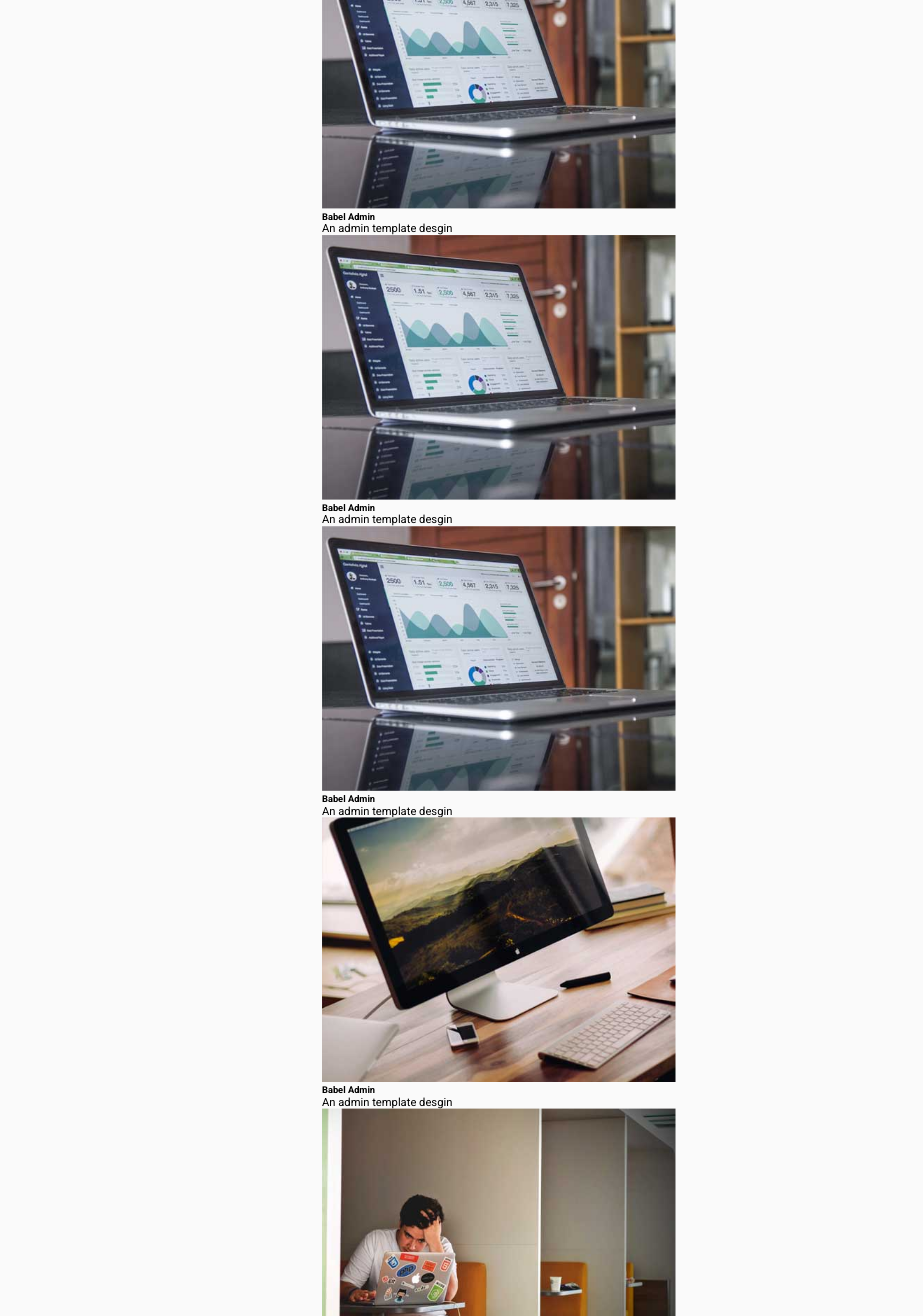
Repository: Lehuyhuynh/mat
Page: index.html
The author's editor kept a copy of each file at every save. The page is drawn from the files as they stood at one save, then again after the next save.
The browser window is 1280 px wide. The page is 1319 px wide, so the pictures cover 1319 px, including what lies to the right of the window. The pictures show the part of the page from y = 3114 to 4994 px (the page is 5997 px tall), at 70% of full size.
Some icons come from a web library that is not loaded, so they are not drawn.

Above is the page before, as saved 2023-04-13 17:14:49.

After the next save:
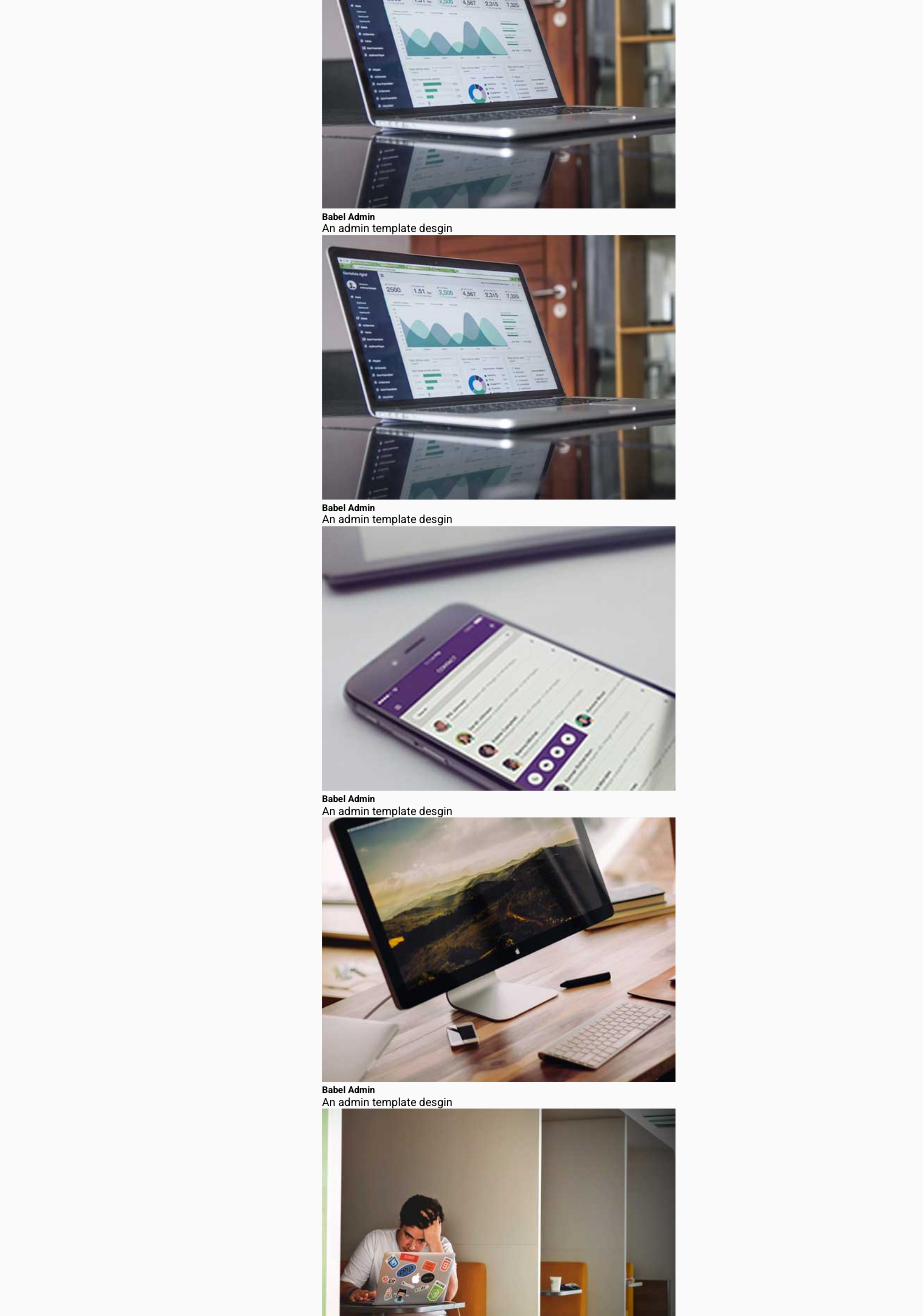
Saved 4 s later.
--- a/index.html
+++ b/index.html
@@ -442,7 +442,7 @@
 
                                             </div>
                                             <div class="porifolo-singlePage_list">
-                                                <img src="img/works/work-01.jpg" alt="#">
+                                                <img src="img/works/work-05.jpg" alt="#">
                                                 <div class="porifolo-singlePage_name"><h5>Babel Admin</h5>
                                                     <span>An admin template desgin</span>
 
